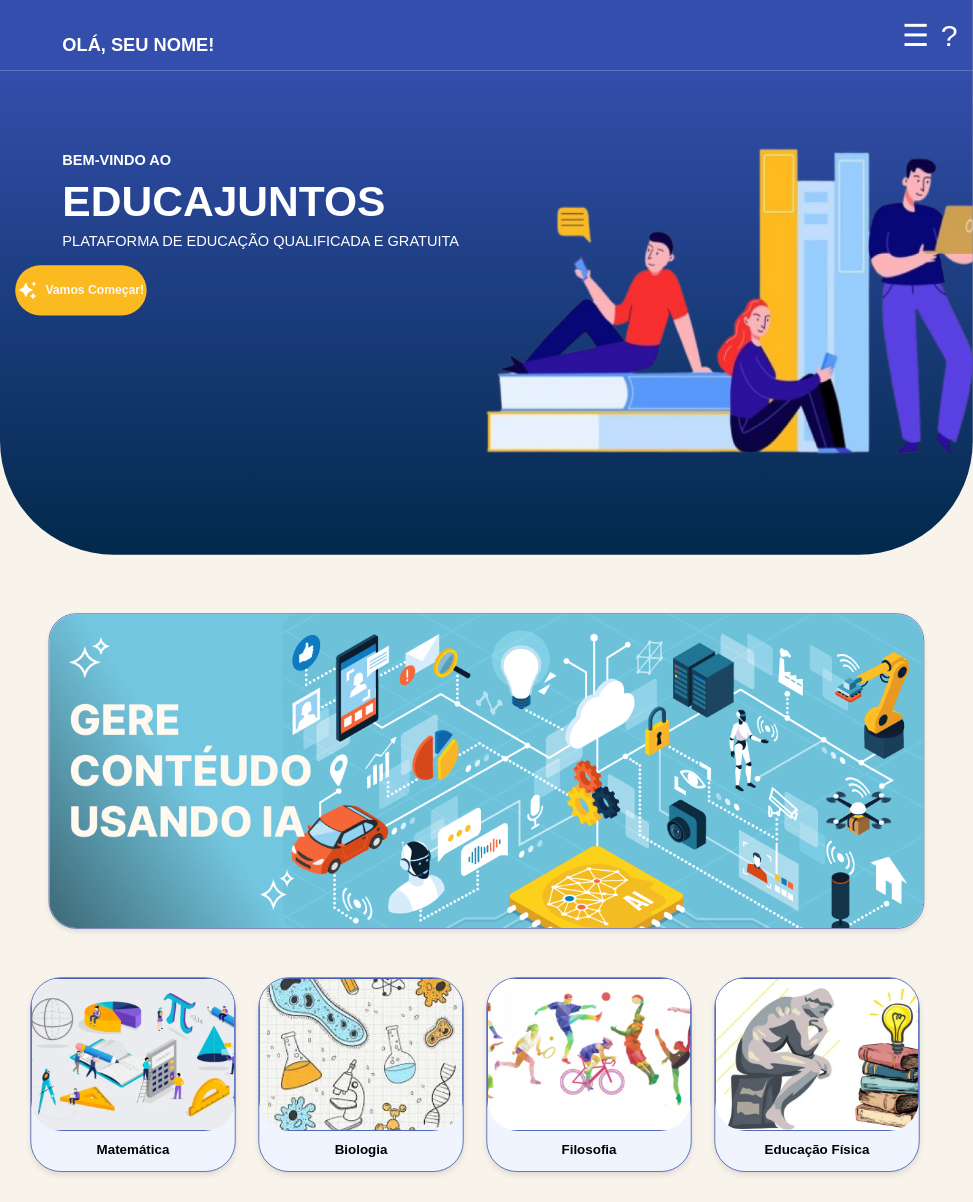
Repository: Matheus904-12/EDUCAJUNTOS
Page: inicio/index.html
The author's editor kept a copy of each file at every save. The page is drawn from the files as they stood at one save, then again after a run of saves.
The browser window is 1280 px wide. The pictures show the whole page, at 76% of full size.

Above is the page before, as saved 2024-10-28 20:09:34.

After the next 2 saves:
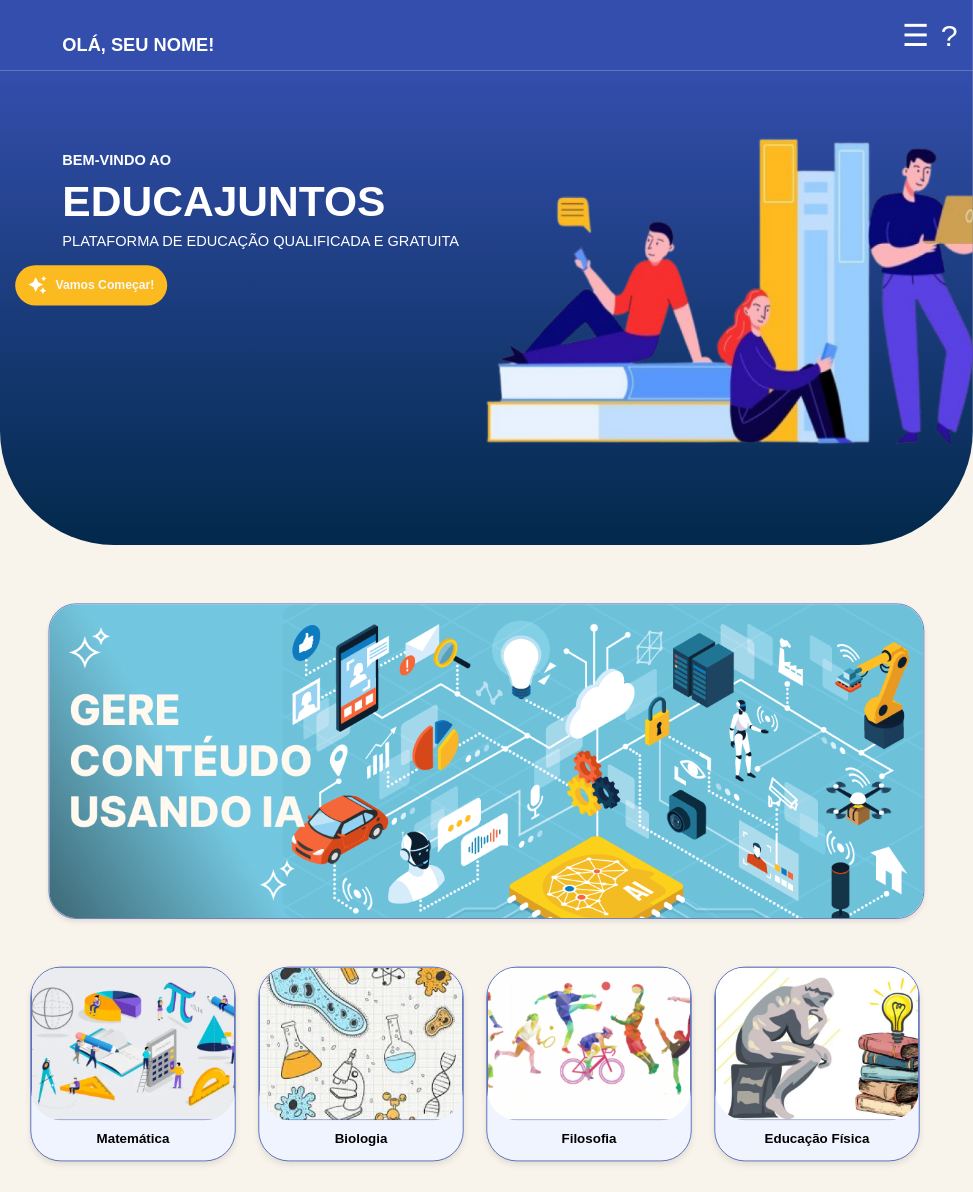
The 2 saves are shown as one change because they came seconds apart.
The last was saved 11 s later.
--- a/inicio/style.css
+++ b/inicio/style.css
@@ -137,8 +137,8 @@ nav {
 /* From Uiverse.io by AlimurtuzaCodes */
 .btn {
     border: none;
-    width: 13em;
-    height: 5em;
+    width: 15em;
+    height: 4em;
     border-radius: 3em;
     display: flex;
     justify-content: center;
